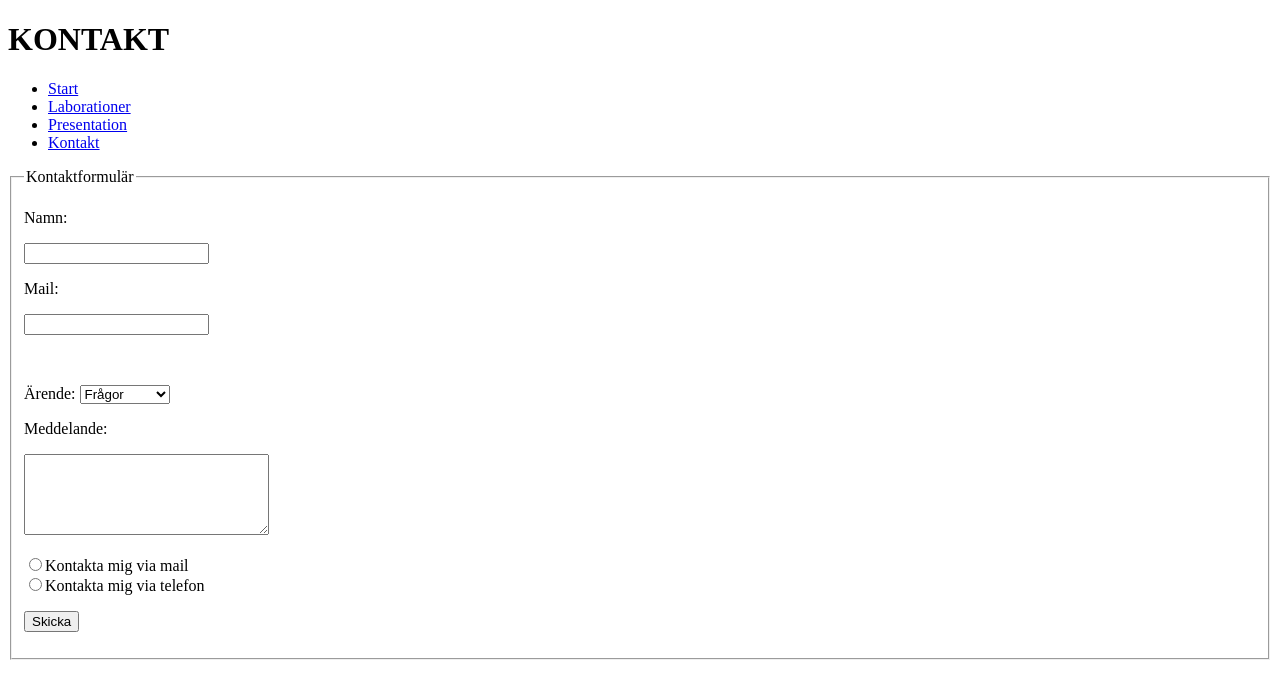
Repository: ml223nw/1ik415-laborationer
Page: pages/kontakt.html
The author's editor kept a record of every edit. The page is drawn from the files as they stood at one moment, then again after the next edit.
The browser window is 1280 px wide. The pictures show the whole page.

Above is the page before.

After the next edit:
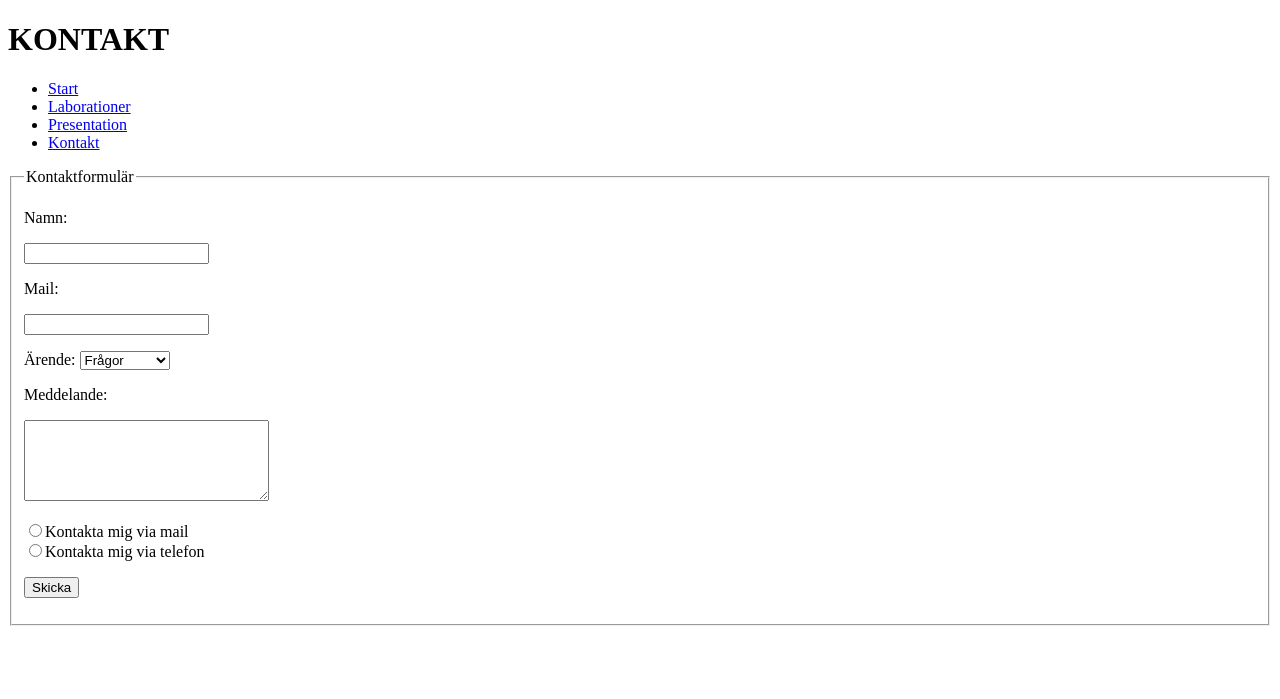
The edit:
--- a/pages/kontakt.html
+++ b/pages/kontakt.html
@@ -20,7 +20,7 @@
     <fieldset>
     <legend>Kontaktformulär</legend><br>
     Namn: <p><input type="text" name="name"></p>
-    Mail: <p><input type="text" name="mail"></p><br>
+    Mail: <p><input type="text" name="mail"></p>
     <p>Ärende: <select name="type"></p>
         <option value="question" selected>Frågor</option>
         <option value="feedback">Synpunkter</option>
